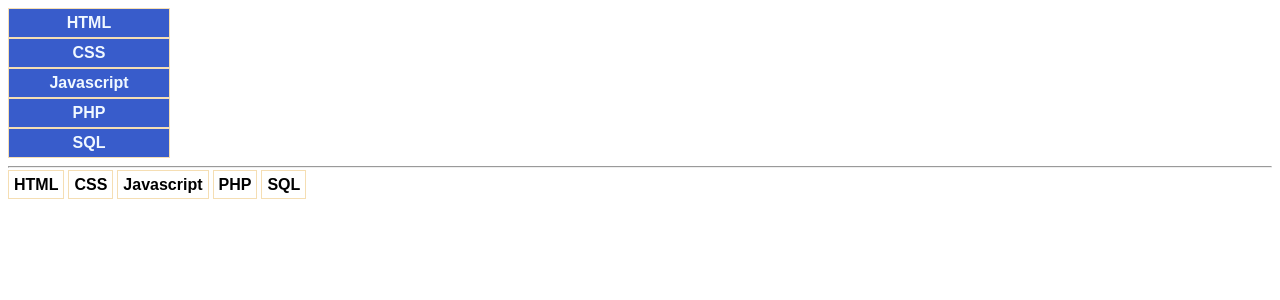
Repository: Pr-DuyTam/HTML-CSS-JS-PHP
Page: CSS/Bài Tập CSS/Bai2.html
An editor plug-in stored every save of this project. The page is shown before and after the next save, followed by the edit.
The browser window is 1280 px wide. The pictures show the whole page.

Above is the page before, as saved 2023-08-03 09:29:51.

### CSS/Bài Tập CSS/Bai2.html
<!DOCTYPE html>
<html lang="en">
<head>
    <meta charset="UTF-8">
    <meta name="viewport" content="width=device-width, initial-scale=1.0">
    <title>Bài tập 2</title>
    <style>
        a{

            width:150px;
            border: thin solid wheat;
            font-weight: bold;
            display: block;
            font-size: 12pt;
            font-family: Arial, Helvetica, sans-serif;
            text-align: center;
            padding: 5px; /*Thêm vào khoảng không cho thành phần*/
            text-decoration: none ; /*Định dạng văn bản thường, mặc định*/
        }
        a:link{
            color: aliceblue;
            background-color: #385ccb;
        }
        a:hover{ /*Di chuyển chuột*/
            color: white;
            background-color: #87ceeb;
        }
        a:visited{
            color: yellow;
            background-color: #4169e1;
        }
        a:active{
            color: red;
            background-color: #aee22b;
        }

        b{
            width:150px;
            border: thin solid wheat;
            font-weight: bold;

            font-size: 12pt;
            font-family: Arial, Helvetica, sans-serif;
            text-align: center;
            padding: 5px; /*Thêm vào khoảng không cho thành phần*/
            text-decoration: none ; /*Định dạng văn bản thường, mặc định*/
        }
        b:link{
            color: aliceblue;
            background-color: red;
        }
        b:hover{ /*Di chuyển chuột*/
            color: white;
            background-color: #87ceeb;
        }
        b:visited{
            color: red;
            background-color: red;
        }
        b:active{
            color: red;
            background-color: red;
        }
    </style>
</head>
<body>
    <a href="http://www.w3schools.com/html/default.app">HTML</a>
    <a href="http://www.w3schools.com/CSS/default.app">CSS</a>
    <a href="http://www.w3schools.com/js/default.app">Javascript</a>
    <a href="http://www.w3schools.com/php/default.app">PHP</a>
    <a href="http://www.w3schools.com/sql/default.app">SQL</a>
<hr>

    <b href="http://www.w3schools.com/html/default.app">HTML</b>
    <b href="http://www.w3schools.com/CSS/default.app">CSS</b>
    <b href="http://www.w3schools.com/js/default.app">Javascript</b>
    <b href="http://www.w3schools.com/php/default.app">PHP</b>
    <b href="http://www.w3schools.com/sql/default.app">SQL</b>


</body>
</html>

After the next save:
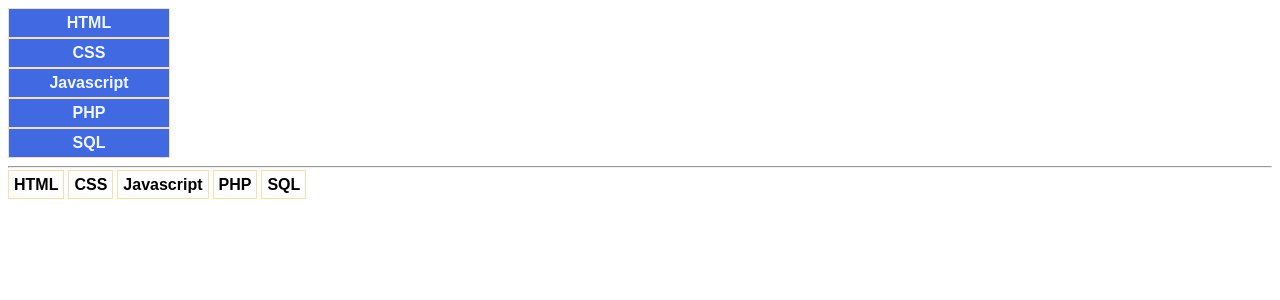
Saved 31 s later.
--- a/CSS/Bài Tập CSS/Bai2.html
+++ b/CSS/Bài Tập CSS/Bai2.html
@@ -19,7 +19,7 @@
         }
         a:link{
             color: aliceblue;
-            background-color: #385ccb;
+            background-color: #4169e1;
         }
         a:hover{ /*Di chuyển chuột*/
             color: white;
@@ -34,6 +34,7 @@
             background-color: #aee22b;
         }
 
+
         b{
             width:150px;
             border: thin solid wheat;
@@ -47,20 +48,20 @@
         }
         b:link{
             color: aliceblue;
-            background-color: red;
+            background-color: #4169e1;
         }
         b:hover{ /*Di chuyển chuột*/
             color: white;
             background-color: #87ceeb;
         }
         b:visited{
-            color: red;
-            background-color: red;
+            color: yellow;
+            background-color: #4169e1;
         }
         b:active{
             color: red;
-            background-color: red;
-        }
+            background-color: #aee22b;
+}
     </style>
 </head>
 <body>
